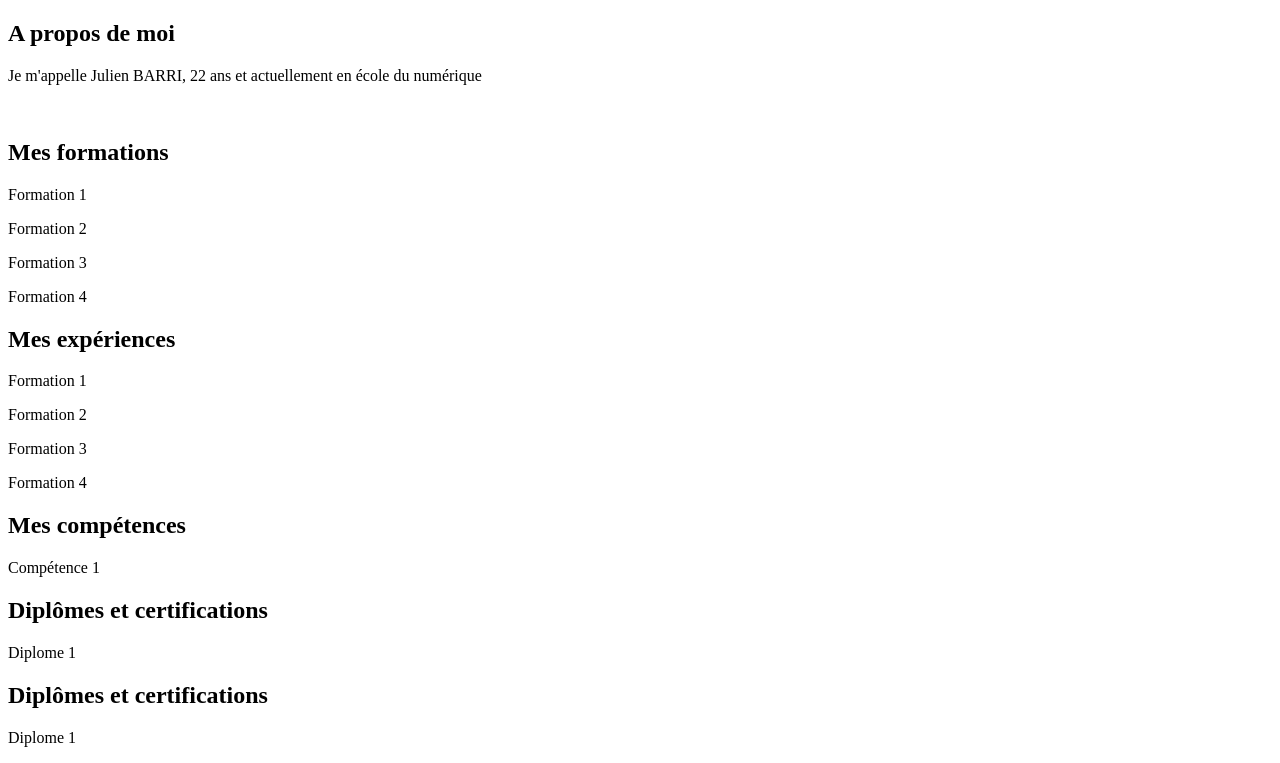
Repository: barridev/cours_devops.github.io
Page: index.html
An editor plug-in stored every save of this project. The page is shown before and after the next save, followed by the edit.
The browser window is 1280 px wide. The pictures show the whole page.

Above is the page before, as saved 2022-06-13 15:01:33.

### index.html
<!DOCTYPE html>
<html lang="en">

<head>
    <meta charset="UTF-8">
    <meta http-equiv="X-UA-Compatible" content="IE=edge">
    <meta name="viewport" content="width=device-width, initial-scale=1.0">
    <title>Document</title>
    <link rel="stylesheet" href="style.css">
</head>

<body>

    <section>
        <div>
            <h1>A propos de moi</h1>
            <p>Je m'appelle Julien BARRI, 22 ans et actuellement en école du numérique</p>
            <img src="" alt="">
        </div>
    </section>

    <section>
        <div>
            <h2> Mes formations </h2>
            <p>Formation 1</p>
            <p>Formation 2</p>
            <p>Formation 3</p>
            <p>Formation 4</p>
        </div>
    </section>

    <section>
        <div>
            <h2> Mes expériences </h2>
            <p>Formation 1</p>
            <p>Formation 2</p>
            <p>Formation 3</p>
            <p>Formation 4</p>
        </div>
    </section>

    <section>
        <div>
            <h2> Mes compétences</h2>
            <p>Compétence 1</p>
        </div>

    </section>

    <section>
        <div>
            <h2> Diplômes et certifications</h2>
            <p>Diplome 1</p>
        </div>

    </section>

    <section>
        <div>
            <h2> Diplômes et certifications</h2>
            <p>Diplome 1</p>
        </div>
    </section>

</body>

</html>

Loaded but not shown: style.css (no stored copy; drawn as an empty file)

After the next save:
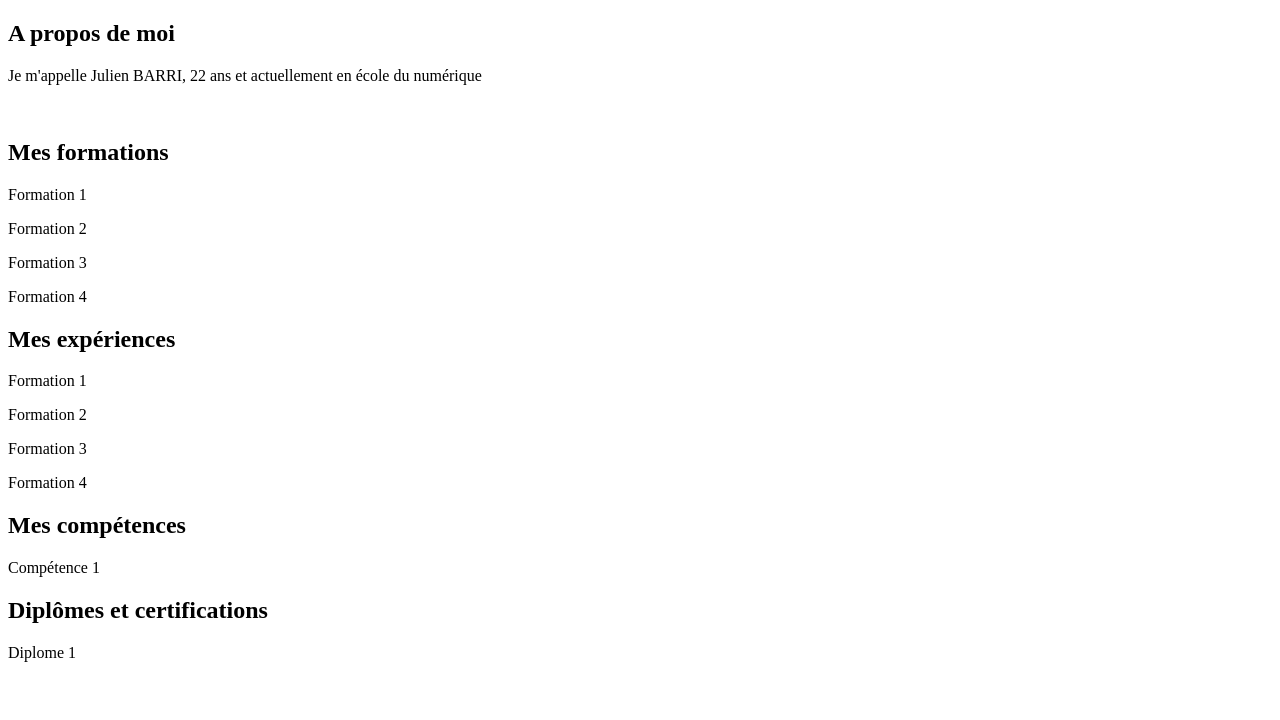
Saved 32 s later.
--- a/index.html
+++ b/index.html
@@ -55,13 +55,6 @@
 
     </section>
 
-    <section>
-        <div>
-            <h2> Diplômes et certifications</h2>
-            <p>Diplome 1</p>
-        </div>
-    </section>
-
 </body>
 
 </html>
